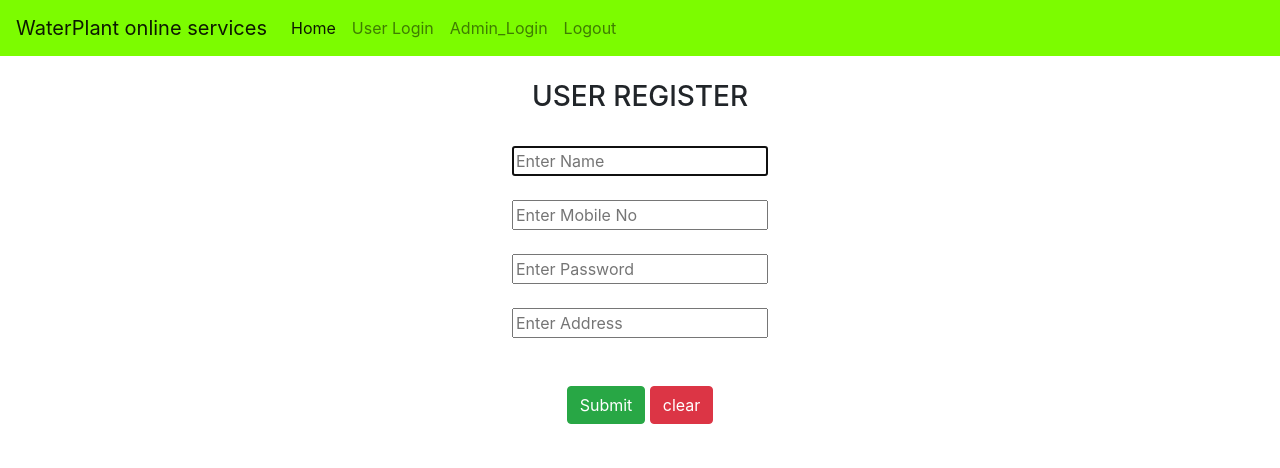
Repository: SHARMILAG97/WebApplication
Page: http://localhost/waterplant_web/userregister.jsp
An editor plug-in stored every save of this project. The page is shown before and after the next save, followed by the edit.
The browser window is 1280 px wide. The pictures show the whole page.
The page is served by Tomcat 9. Other server files are loaded and not shown.

Above is the page before, as saved 2019-09-18 09:20:03.
Console error: TypeError: Cannot read properties of undefined (reading 'fn')

### waterplant_web/src/main/webapp/userregister.jsp
<%@ page language="java" contentType="text/html; charset=ISO-8859-1"
    pageEncoding="ISO-8859-1"%>
<!DOCTYPE html>
<html>
<head>
<meta charset="ISO-8859-1">
<title>UserRegister</title>
<link rel="stylesheet" href="css/bootstrap.min.css">
<script src="js/bootstrap.min.js"></script>
<script src="js/jquery-3.4.1.min.js"></script>


<style type="text/css">
   label{
  width: 100px;
  display: inline-block;
  text-align: right;
   }
</style>



</head>


<body style="text-align:center">

<jsp:include page="headers.jsp"></jsp:include>
<%
String message = request.getParameter("message");
if (message != null){
	out.println("<font color='red'>" + message + "</font>");
}
%>

<script>

function register() {
    //alert('register');
    event.preventDefault();
    var name = document.getElementById("name").value;
    var mobileno = document.getElementById("mobileno").value;
    var password = document.getElementById("password").value;
    var address = document.getElementById("address").value;
    var formData = "name="+name+ "&mobileno=" + mobileno + "&password=" + password+ "&address="+address;
    console.log(formData);

    var url = "http://localhost:8080/waterplant_web/RegisterServlet?" + formData;
    console.log(url);
    var formData = {};
    $.get(url, function(response) {
        console.log(response);
        alert(response);
        var msg=JSON.parse(response);
       // alert(msg.errorMessage);
        if (msg.errorMessage!=null) {
            alert("Invalid Values");
            window.location.href = "userregister.jsp";
        } else {
            alert("successful Register");
            window.location.href = "userlogin.jsp";
        }
    });
}


</script>
</br><h3>USER REGISTER</h3></br>

<form onsubmit="register()">

<input type="text" name="name" id="name" placeholder="Enter Name" required autofocus/>
<br/></br>


<input type="number" name="mobileno" id="mobileno" placeholder="Enter Mobile No" required />
<br/></br>


<!--<input type="password" name="password" id="password" placeholder="Enter Password" required />  -->
<input type="password" name="password" id="password" placeholder="Enter Password" required
 pattern="(?=.*\d)(?=.*[a-z])(?=.*[A-Z]).{8,}"
 title="Must contain at least one number and one uppercase and lowercase letter, and at least 8 or more characters required "/>
<br/></br>

<input type="text" name="address" id="address" placeholder="Enter Address" required />
<br/></br></br>
<input type="submit" value="Submit" class="btn btn-success">
<button type="reset" class="btn btn-danger" value="clear">clear</button>
</form>

</body>
</html>

### waterplant_web/src/main/webapp/headers.jsp

<nav class="navbar navbar-expand-md navbar-light" style="background-color: #7CFC00;">
 <a class="navbar-brand" href="index.jsp">WaterPlant online services</a>
 <button class="navbar-toggler" type="button" data-toggle="collapse" data-target="#navbarCollapse" aria-controls="navbarCollapse" aria-expanded="false" aria-label="Toggle navigation">
   <span class="navbar-toggler-icon"></span>
 </button>
 <div class="collapse navbar-collapse" id="navbarCollapse">
   <ul class="navbar-nav mr-auto">
     <li class="nav-item active">
       <a class="nav-link" href="index.jsp">Home</a>
     </li>

     <li class="nav-item">
       <a class="nav-link " href="userlogin.jsp">User Login</a>
     </li>
     <li class="nav-item">
       <a class="nav-link " href="adminlogin.jsp">Admin_Login</a>
     </li>
      <li class="nav-item">
       <a class="nav-link " href="index.jsp">Logout</a>
     </li>

   </ul>
 <!--   <form class="form-inline mt-2 mt-md-0">
   <input class="form-control mr-sm-2" type="text" placeholder="Search" aria-label="Search">
     <button class="btn btn-outline-success my-2 my-sm-0" type="submit">Search</button>
   </form>-->
 </div>
</nav>

Loaded but not shown: waterplant_web/src/main/webapp/css/bootstrap.min.css (library); waterplant_web/src/main/webapp/js/bootstrap.min.js (library); waterplant_web/src/main/webapp/js/jquery-3.4.1.min.js (library)

After the next save:
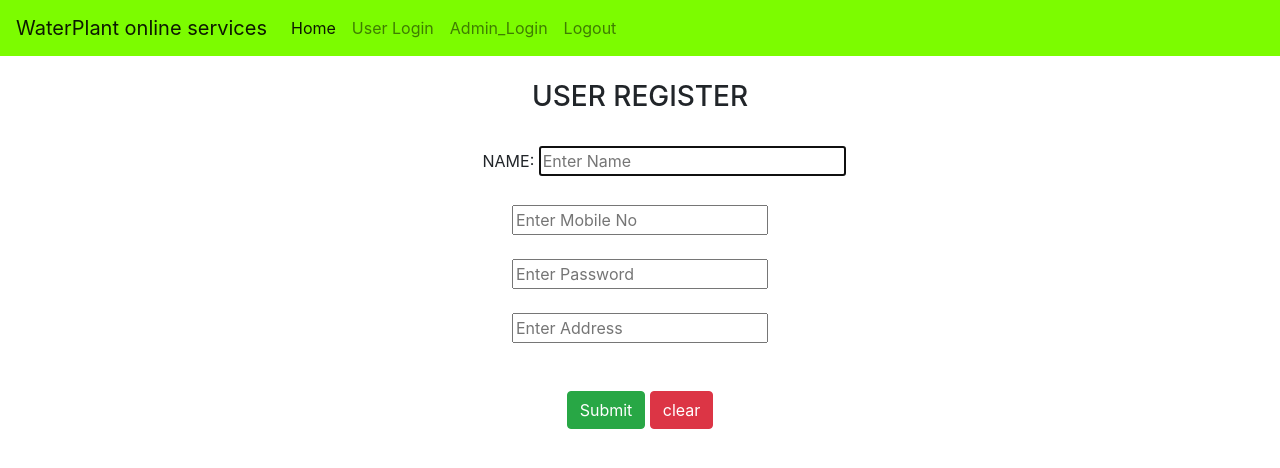
Saved 2 min 4 s later.
--- a/waterplant_web/src/main/webapp/userregister.jsp
+++ b/waterplant_web/src/main/webapp/userregister.jsp
@@ -68,8 +68,8 @@ function register() {
 </br><h3>USER REGISTER</h3></br>
 
 <form onsubmit="register()">
-
-<input type="text" name="name" id="name" placeholder="Enter Name" required autofocus/>
+<label>NAME:</label>
+<input type="text" name="name" id="name" size=25 placeholder="Enter Name" required autofocus/>
 <br/></br>
 
 
